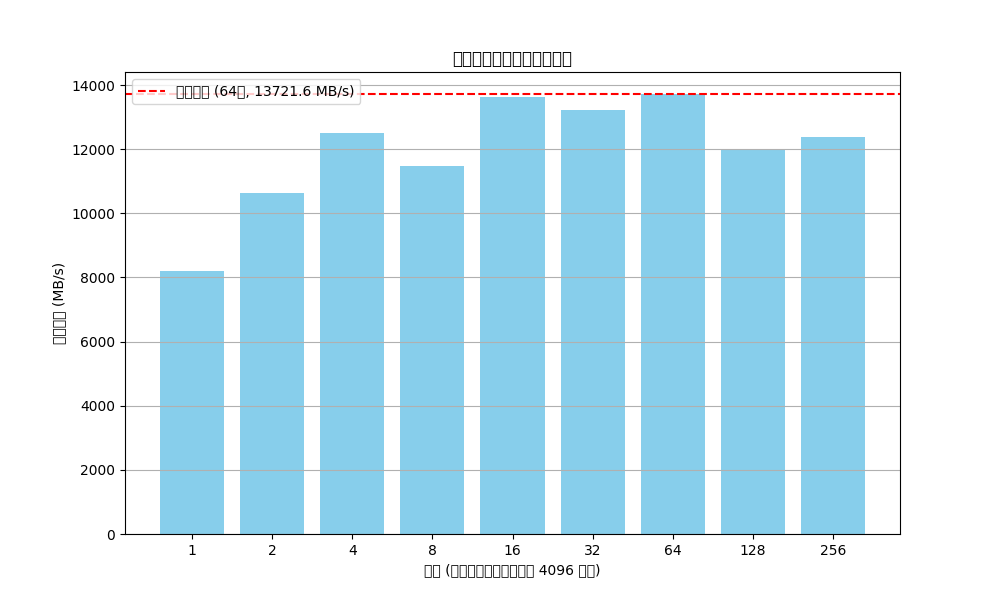
Repository: RUCICS/meowhw-zmjikk
Script's output: python plot_buffer_rates.py
An editor plug-in stored every save of this project. The script's output is shown before and after the next save, followed by the edit.
Random numbers start from a fixed seed.

Above is the script's output before, as saved 2025-06-18 14:07:13.

### plot_buffer_rates.py
import matplotlib.pyplot as plt

# 测试数据
multipliers = [1, 2, 4, 8, 16, 32, 64, 128, 256]
buffer_sizes = [4096 * m for m in multipliers]
speeds = [8192, 10649.6, 12492.8, 11468.8, 13619.2, 13209.6, 13721.6, 11980.8, 12390.4]  # MB/s

# 绘制柱状图
plt.figure(figsize=(10, 6))
plt.bar([str(m) for m in multipliers], speeds, color='skyblue')
plt.xlabel('倍数 (相对于基础缓冲区大小 4096 字节)')
plt.ylabel('读写速度 (MB/s)')
plt.title('不同缓冲区大小的读写速度')
plt.grid(True, axis='y')
plt.axhline(y=13721.6, color='r', linestyle='--', label='峰值速度 (64倍, 13721.6 MB/s)')
plt.legend()
plt.show()

After the next save:
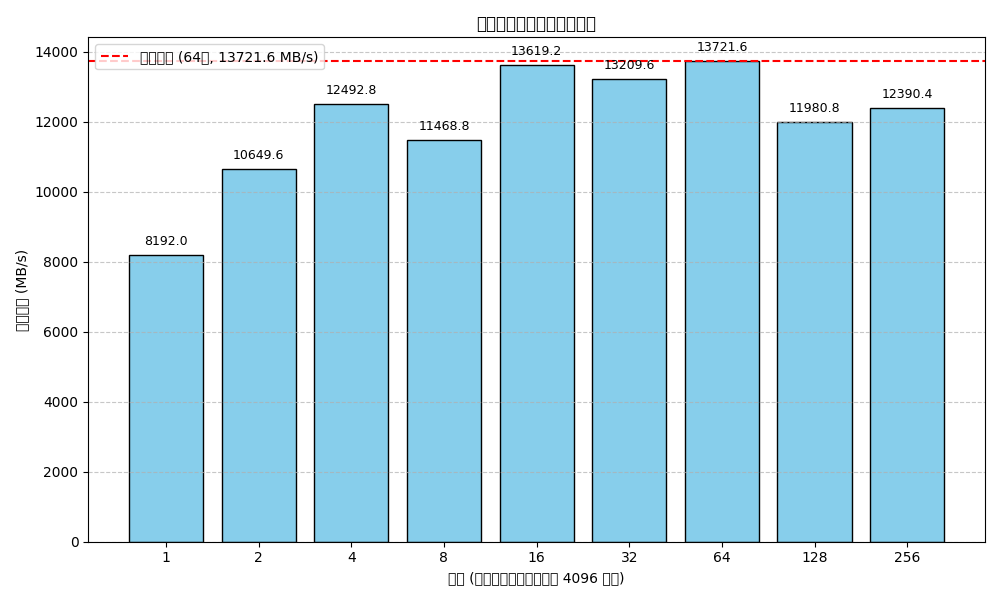
Saved 4 min 43 s later.
--- a/plot_buffer_rates.py
+++ b/plot_buffer_rates.py
@@ -7,11 +7,18 @@ speeds = [8192, 10649.6, 12492.8, 11468.8, 13619.2, 13209.6, 13721.6, 11980.8, 1
 
 # 绘制柱状图
 plt.figure(figsize=(10, 6))
-plt.bar([str(m) for m in multipliers], speeds, color='skyblue')
+bars = plt.bar([str(m) for m in multipliers], speeds, color='skyblue', edgecolor='black')
 plt.xlabel('倍数 (相对于基础缓冲区大小 4096 字节)')
 plt.ylabel('读写速度 (MB/s)')
 plt.title('不同缓冲区大小的读写速度')
-plt.grid(True, axis='y')
-plt.axhline(y=13721.6, color='r', linestyle='--', label='峰值速度 (64倍, 13721.6 MB/s)')
+plt.grid(True, axis='y', linestyle='--', alpha=0.7)
+plt.axhline(y=13721.6, color='red', linestyle='--', label='峰值速度 (64倍, 13721.6 MB/s)')
 plt.legend()
+
+# 在柱子上标注速度值
+for bar, speed in zip(bars, speeds):
+    plt.text(bar.get_x() + bar.get_width() / 2, speed + 200, f'{speed:.1f}',
+             ha='center', va='bottom', fontsize=9)
+
+plt.tight_layout()
 plt.show()
